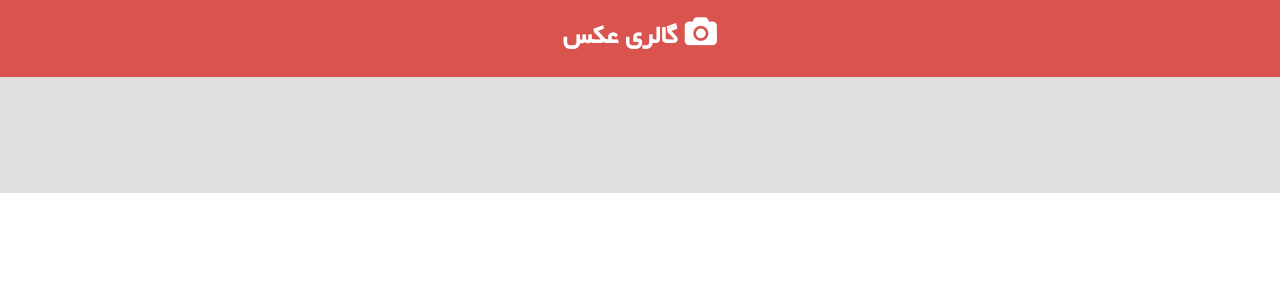
Repository: sadegh1379/PhotoWall-app
Page: /addphoto
An editor plug-in stored every save of this project. The page is shown before and after a run of saves, followed by the edit.
The browser window is 1280 px wide. The pictures show the whole page.
The project was rebuilt for these pictures with package versions that can differ from the ones it lists, and the page was loaded fresh each time. Also part of the build but not shown: src/Component/Photo.js, src/Component/PhotoWall.js.

Above is the page before, as saved 2020-02-22 13:12:47.

### public/index.html
<!DOCTYPE html>
<html lang="en">
  <head>
    <meta charset="utf-8" />
    <link rel="icon" href="%PUBLIC_URL%/favicon.ico" />
    <meta name="viewport" content="width=device-width, initial-scale=1" />
    <meta name="theme-color" content="#000000" />
    <link rel="stylesheet" href="https://stackpath.bootstrapcdn.com/font-awesome/4.7.0/css/font-awesome.min.css">
    <meta
      name="description"
      content="Web site created using create-react-app"
    />
    <link rel="apple-touch-icon" href="%PUBLIC_URL%/logo192.png" />
    <!--
      manifest.json provides metadata used when your web app is installed on a
      user's mobile device or desktop. See https://developers.google.com/web/fundamentals/web-app-manifest/
    -->
    <link rel="manifest" href="%PUBLIC_URL%/manifest.json" />
    <!--
      Notice the use of %PUBLIC_URL% in the tags above.
      It will be replaced with the URL of the `public` folder during the build.
      Only files inside the `public` folder can be referenced from the HTML.

      Unlike "/favicon.ico" or "favicon.ico", "%PUBLIC_URL%/favicon.ico" will
      work correctly both with client-side routing and a non-root public URL.
      Learn how to configure a non-root public URL by running `npm run build`.
    -->
    <title>React App</title>
  </head>
  <body>
    <noscript>You need to enable JavaScript to run this app.</noscript>
    <div id="root"></div>
    <!--
      This HTML file is a template.
      If you open it directly in the browser, you will see an empty page.

      You can add webfonts, meta tags, or analytics to this file.
      The build step will place the bundled scripts into the <body> tag.

      To begin the development, run `npm start` or `yarn start`.
      To create a production bundle, use `npm run build` or `yarn build`.
    -->
  </body>
</html>

### src/App.js
import React , { Component } from 'react';
import { BrowserRouter as Router , Route, Switch } from 'react-router-dom';
import Title from './Component/Title';
import PhotoWall from './Component/PhotoWall';
import './bootswatch.css';
import AddPhoto from './Component/AddPhoto';
import './App.css';

class App extends Component {

  constructor(){

      super()

      this.state = {
        posts : [
          {
            id : "0" ,
            description : "صادق اکبری" ,
            imageLink : "https://dkt6rvnu67rqj.cloudfront.net/cdn/ff/tpWy09V5tfN_Il2UBj8nPU4FZvPDpNBQSecbyXiqbuM/1574345660/public/styles/322x405/public/media/int_files/1008357.jpg?itok=c5qoLzeh"
          },
          {
           id : "1" ,
           description : "علی میرزایی" ,
           imageLink : "https://dkt6rvnu67rqj.cloudfront.net/cdn/ff/tpWy09V5tfN_Il2UBj8nPU4FZvPDpNBQSecbyXiqbuM/1574345660/public/styles/322x405/public/media/int_files/1008357.jpg?itok=c5qoLzeh"
         }
         ,{
           id : "5" ,
           description :" سارا ممبینی" ,
           imageLink :"https://thetyee.ca/Culture/2017/10/31/FawnLawn.jpg"

         },
         {
          id : "6" ,
          description : "صادق اکبری" ,
          imageLink : "https://dkt6rvnu67rqj.cloudfront.net/cdn/ff/tpWy09V5tfN_Il2UBj8nPU4FZvPDpNBQSecbyXiqbuM/1574345660/public/styles/322x405/public/media/int_files/1008357.jpg?itok=c5qoLzeh"
        },
        {
         id : "7" ,
         description : "علی میرزایی" ,
         imageLink : "https://www.iata.org/contentassets/d7c512eb9a704ba2a8056e3186a31921/cargo_live_animals_parrot.jpg?w=330&h=200&mode=crop&scale=both&v=20191213012337"
       }
       ,{
         id : "8" ,
         description :" سارا ممبینی" ,
         imageLink :"https://images.unsplash.com/photo-1497752531616-c3afd9760a11?ixlib=rb-1.2.1&w=1000&q=80"

       }
        ]

    }
  }

// Remove post
 onRemovePost = (removedPost) =>{

      this.setState((state)=>({
          posts : state.posts.filter(post => post !== removedPost)
      }))

  }

  render(){
      return (
        <div className="body">
              <Router>
                  <Switch>
                    <Title title="گالری عکس"/>
                      <Route exact path="/" render={()=>(
                              <div>
                                  <PhotoWall onRemovePost={this.onRemovePost} posts={this.state.posts}/>
                              </div>
                      )}/>

                        <Route exact path="/addphoto" component={AddPhoto}/>
                </Switch>
            </Router>
        </div>
      );
}
}

export default App;

### src/Component/Title.js
import React from 'react';
import PropTypes from 'prop-types';


function Title(props) {
    return (
            <p className=" bg-danger text-white py-3 p-title text-center">{props.title} <span className="fa fa-camera"></span></p>
    )
}

Title.propTypes = {
    title : PropTypes.string.isRequired
}

export default Title;

### src/App.css
.p-title{
    font-size: 30px;
    color:white ;
    font-weight: bolder;
    font-family: 'Byekan';
}

.body{
    font-family: 'Brekan';
    background-color: #E0E0E0;
    padding-bottom: 100px;
}

 .photo-grid{
    /* max-width: 1000px; */
    margin: 0 auto;
    display: flex;
    flex-wrap: wrap;
    justify-content: center;
}

@font-face{
    font-family: 'Byekan';
    src:url('./Component/fonst/Yekan.ttf');
}

.photo-card{
  margin: 10px 10px;
  box-shadow: 5px 5px 5px 5px #888888;
}

.add-icon{
    text-align: center;
    margin: 20px auto;
    color:white  !important;
    background-color: rgb(62, 112, 75);
    padding: 20px;
    border-radius: 70px;


}

### src/Component/AddPhoto.js
import React, { Component } from 'react'

export class AddPhoto extends Component {
    render() {
        return (
            <div>
                <h1>add Photo Component</h1>
            </div>
        )
    }
}

export default AddPhoto;

Loaded but not shown: src/index.js (common file); src/index.css (common file); src/bootswatch.css (library)

After the next 3 saves:
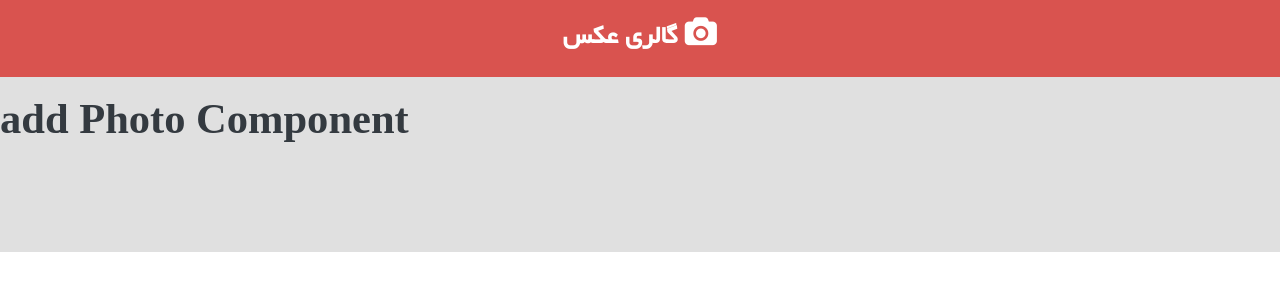
The 3 saves are shown as one change because they came seconds apart.
The last was saved 16 s later.
--- a/src/App.js
+++ b/src/App.js
@@ -64,8 +64,9 @@ class App extends Component {
       return (
         <div className="body">
               <Router>
+                  <Title title="گالری عکس"/>
                   <Switch>
-                    <Title title="گالری عکس"/>
+
                       <Route exact path="/" render={()=>(
                               <div>
                                   <PhotoWall onRemovePost={this.onRemovePost} posts={this.state.posts}/>
